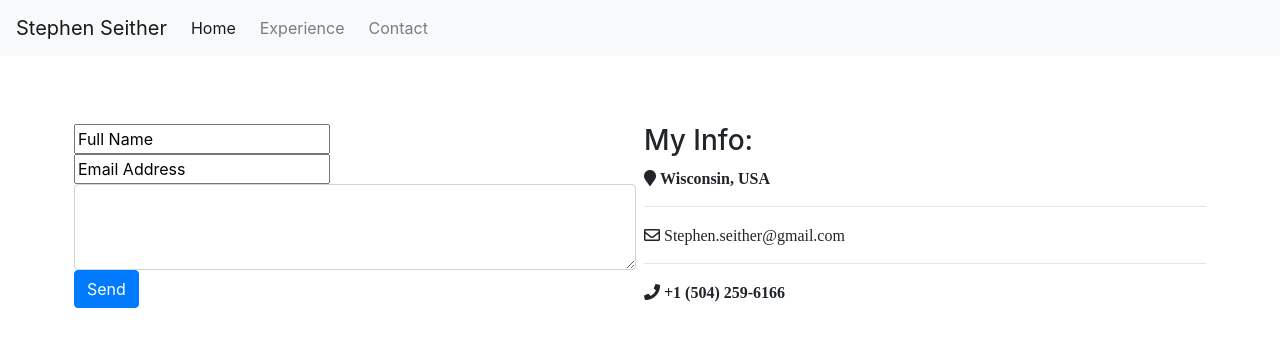
Repository: stephenseither/First-Milestone-Project
Page: contact.html
The author's editor kept a record of every edit. The page is drawn from the files as they stood at one moment, then again after the next edit.
The browser window is 1280 px wide. The pictures show the whole page.
Some web libraries are served in a nearby version.

Above is the page before.

After the next edit:
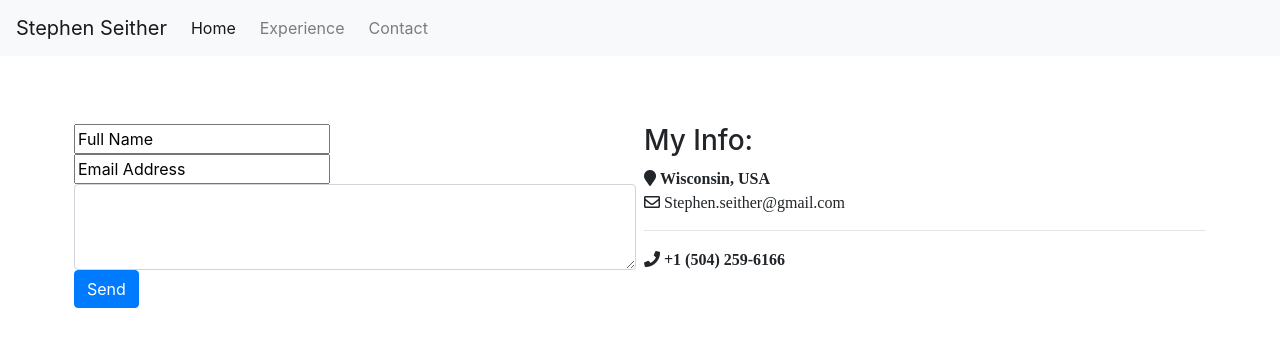
The edit:
--- a/contact.html
+++ b/contact.html
@@ -34,7 +34,7 @@
             <div class="col-sm-6 col-md-6 my-5 p-1">
                 <h3>My Info:</h3>
                 <i class="fa fa-map-marker" aria-hidden="true"> Wisconsin, USA</i>
-                <hr>
+                <br>
                 <i class="far fa-envelope"> Stephen.seither@gmail.com</i>
                 <hr>
                 <i class="fas fa-phone"> +1 (504) 259-6166</i>
